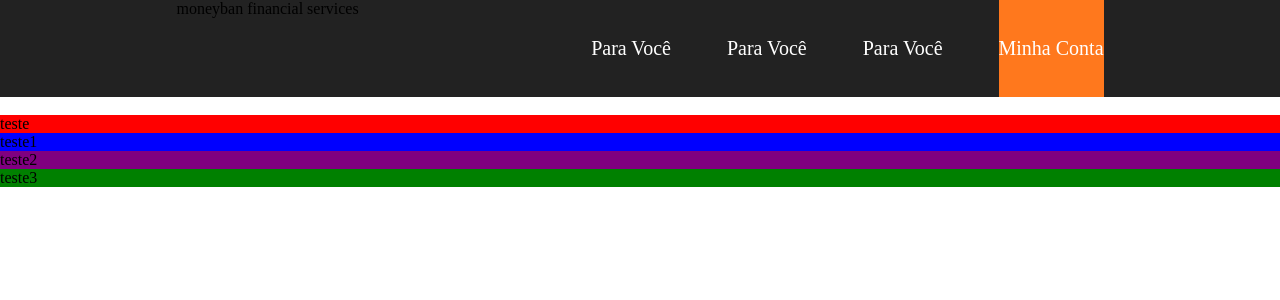
Repository: IvanCardoso91/moneyban
Page: index.html
An editor plug-in stored every save of this project. The page is shown before and after the next save, followed by the edit.
The browser window is 1280 px wide. The pictures show the whole page.
Some web fonts or font styles are not loaded; a fallback is used.

Above is the page before, as saved 2020-12-12 17:17:53.

### index.html
<!DOCTYPE html>
<html lang="en">

<head>
    <meta charset="UTF-8">
    <meta name="viewport" content="width=device-width, initial-scale=1.0">
    <link rel="stylesheet" href="./style/main-style.css" type="text/css">
    <title>Moneyban</title>
    <div class="menu-box">
        <div class="site-title">
            <span>moneyban</span>
            <span>financial services</span>
        </div>
        <div class="menu-options">
            <span class="menu-options-text"><a>Para Você</a></span>
            <span class="menu-options-text"><a>Para Você</a></span>
            <span class="menu-options-text"><a>Para Você</a></span>
            <div class="menu-options-my-account"><a>Minha Conta</a></div>
        </div>
    </div>
</head>

<body>
    <br>
    <div id='teste' class="teste">teste</div>
    <div class="teste1">teste1</div>
    <div class="teste2">teste2</div>
    <div class="teste3">teste3</div>
    <script type="text/javascript" src="./script/main-index.js"></script>
</body>

</html>

### style/main-style.css
@font-face {
    font-family: 'Century Gothic';
    src: url('/Repositorios/site-moneyban/assets/fonts/Century_Gothic.ttf')
}

body {
    margin: 0px;
}

.menu-box {
    background-color: #222222;
    width: 100%;
    display: flex;
    flex-direction: row;
    justify-content: space-evenly;
    height: 97px;
}

.menu-options {
    display: flex;
    align-items: center;
    justify-content: flex-end;
}

.menu-options-text {
    color: #FFFFFF;
    font-size: 20px;
    font-family: 'Century Gothic';
    margin-left: 56px;
}

.menu-options-my-account {
    background-color: #FF781D;
    color: #FFFFFF;
    font-size: 20px;
    font-family: 'Century Gothic';
    margin-left: 56px;
    height: 100%;
    display: flex;
    align-items: center;
}

.teste {
    background-color: red;
}

.teste1 {
    background-color: blue;
}

.teste2 {
    background-color: purple;
}

.teste3 {
    background-color: green;
}

### script/main-index.js
const element = document.getElementById('teste')
console.log('teste', element)

After the next save:
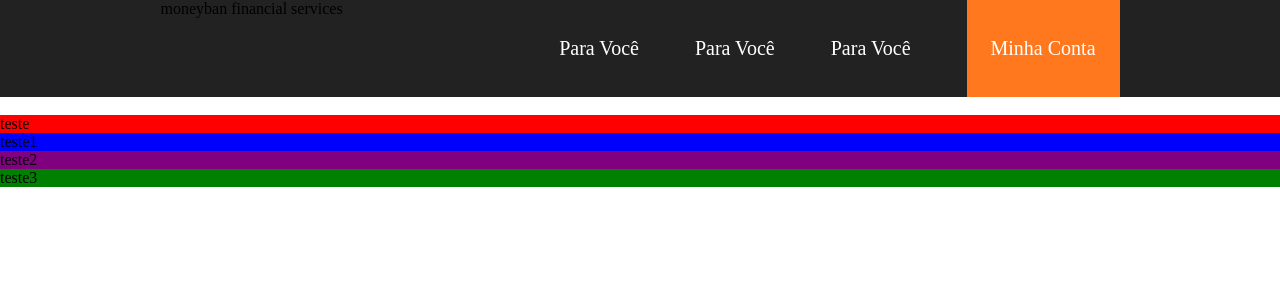
Saved 49 s later.
--- a/style/main-style.css
+++ b/style/main-style.css
@@ -38,6 +38,7 @@ body {
     height: 100%;
     display: flex;
     align-items: center;
+    padding: 0px 24px;
 }
 
 .teste {
